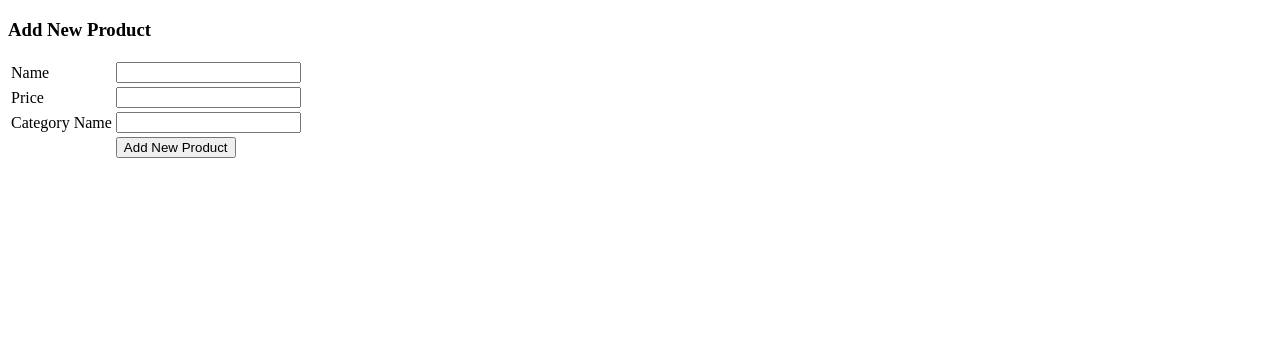
Repository: HsuMon123/Testing-Java-EE
Page: http://localhost/04-jsp-java-bean/
These files come from the project's save history. The page is drawn as it stood at one moment and after the next save; the edit follows.
The browser window is 1280 px wide. The pictures show the whole page.
The page is served by Tomcat 9. Other server files are loaded and not shown.

Above is the page before, as saved 2020-12-17 11:48:52.

### 04-jsp-java-bean/src/main/webapp/index.jsp
<%@ page language="java" contentType="text/html; charset=ISO-8859-1"
    pageEncoding="ISO-8859-1"%>
<!DOCTYPE html>
<html>
<head>
<meta charset="ISO-8859-1">
<title>Insert title here</title>
</head>
<body>

	<div class="container text-center">
		<div class="row mt-3 ">
			<div class="col-6 offset-3">

				<div class="card-header">
					<h3>Add New Product</h3>
				</div>
				<div class="card-body ">
					<form action="create-product.jsp">
					<table class="text-center">
						<tr>
							<td>Name</td>
							<td>
								<input type="text" name="name"/>
							</td>
						</tr>
						<tr>
							<td>Price</td>
							<td>
								<input type="number" name="price"/>
							</td>
						</tr>
						<tr>
							<td>Category Name</td>
							<td>
								<input type="text" name="catName" />
							</td>
						</tr>
						<tr>
							<td></td>
							<td>
								<button type="submit">Add New Product</button>
							</td>
						</tr>
					</table>
					</form>
				</div>
			</div>

		</div>
	</div>

</body>
</html>

After the next save:
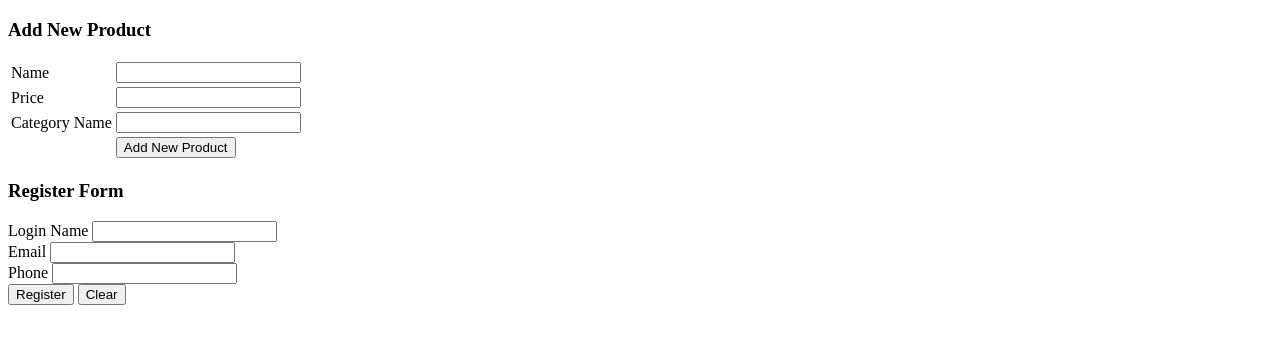
Saved 49 s later.
--- a/04-jsp-java-bean/src/main/webapp/index.jsp
+++ b/04-jsp-java-bean/src/main/webapp/index.jsp
@@ -7,46 +7,64 @@
 <title>Insert title here</title>
 </head>
 <body>
+	<h3>Add New Product</h3>
+	<form action="create-product.jsp">
+		<table>
+			<tr>
+				<td>Name</td>
+				<td>
+					<input type="text" name="name"/>
+				</td>
+			</tr>
+			<tr>
+				<td>Price</td>
+				<td>
+					<input type="number" name="price"/>
+				</td>
+			</tr>
+			<tr>
+				<td>Category Name</td>
+				<td>
+					<input type="text" name="catName" />
+				</td>
+			</tr>
+			<tr>
+				<td></td>
+				<td>
+					<button type="submit">Add New Product</button>
+				</td>
+			</tr>
+		</table>
+	</form>
 
-	<div class="container text-center">
-		<div class="row mt-3 ">
+	<div class="container">
+		<div class="row mt-3">
 			<div class="col-6 offset-3">
+				<div class="card">
+				<div class="card-header">
+					<h3>Register Form</h3>
+				</div>
+				<div class="card-body">
+					<form action="register" class="form" method="post">
+						<div class="form-group">
+							<label for="">Login Name</label>
+							<input type="text" name="uname" class="form-control" />
+						</div>
+						<div class="form-group">
+							<label for="">Email</label>
+							<input type="email" name="email" class="form-control" />
+						</div>
+						<div class="form-group">
+							<label for="">Phone</label>
+							<input type="text" name="phone" class="form-control" />
+						</div>
 
-				<div class="card-header">
-					<h3>Add New Product</h3>
-				</div>
-				<div class="card-body ">
-					<form action="create-product.jsp">
-					<table class="text-center">
-						<tr>
-							<td>Name</td>
-							<td>
-								<input type="text" name="name"/>
-							</td>
-						</tr>
-						<tr>
-							<td>Price</td>
-							<td>
-								<input type="number" name="price"/>
-							</td>
-						</tr>
-						<tr>
-							<td>Category Name</td>
-							<td>
-								<input type="text" name="catName" />
-							</td>
-						</tr>
-						<tr>
-							<td></td>
-							<td>
-								<button type="submit">Add New Product</button>
-							</td>
-						</tr>
-					</table>
+						<button type="submit" class="btn btn-info">Register</button>
+						<button type="reset" class="btn btn-danger">Clear</button>
 					</form>
 				</div>
 			</div>
-
+			</div>
 		</div>
 	</div>
 

After the save that followed:
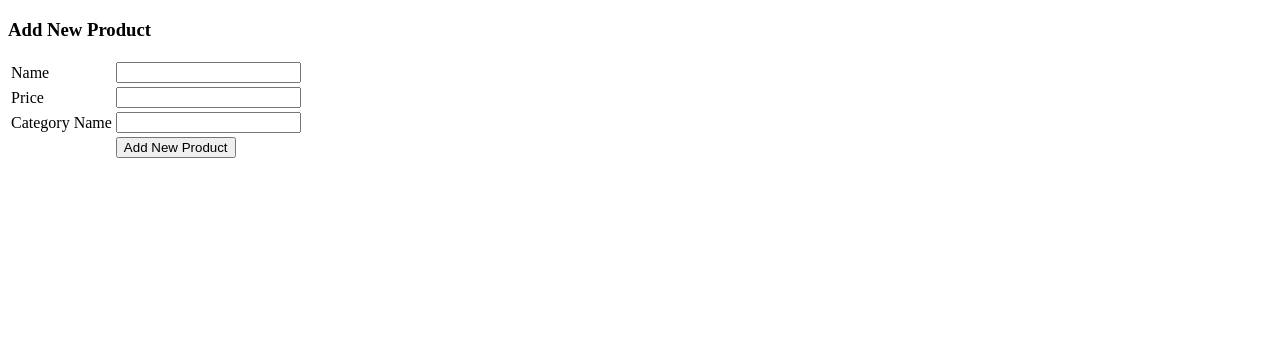
Saved 13 s later.
--- a/04-jsp-java-bean/src/main/webapp/index.jsp
+++ b/04-jsp-java-bean/src/main/webapp/index.jsp
@@ -37,36 +37,7 @@
 		</table>
 	</form>
 
-	<div class="container">
-		<div class="row mt-3">
-			<div class="col-6 offset-3">
-				<div class="card">
-				<div class="card-header">
-					<h3>Register Form</h3>
-				</div>
-				<div class="card-body">
-					<form action="register" class="form" method="post">
-						<div class="form-group">
-							<label for="">Login Name</label>
-							<input type="text" name="uname" class="form-control" />
-						</div>
-						<div class="form-group">
-							<label for="">Email</label>
-							<input type="email" name="email" class="form-control" />
-						</div>
-						<div class="form-group">
-							<label for="">Phone</label>
-							<input type="text" name="phone" class="form-control" />
-						</div>
 
-						<button type="submit" class="btn btn-info">Register</button>
-						<button type="reset" class="btn btn-danger">Clear</button>
-					</form>
-				</div>
-			</div>
-			</div>
-		</div>
-	</div>
 
 </body>
 </html>
